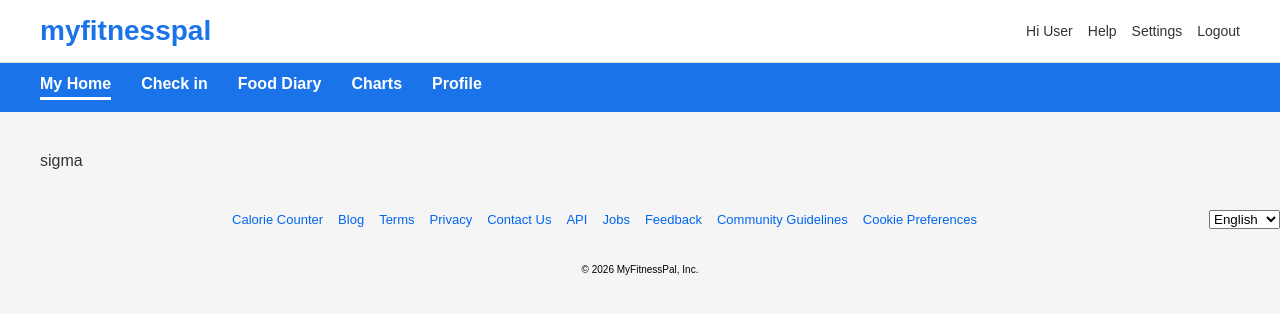
Repository: kem85/Web-Project
Page: index.html
An editor plug-in stored every save of this project. The page is shown before and after a run of saves, followed by the edit.
The browser window is 1280 px wide. The pictures show the whole page.

Above is the page before, as saved 2026-03-11 14:53:17.

After the next 2 saves:
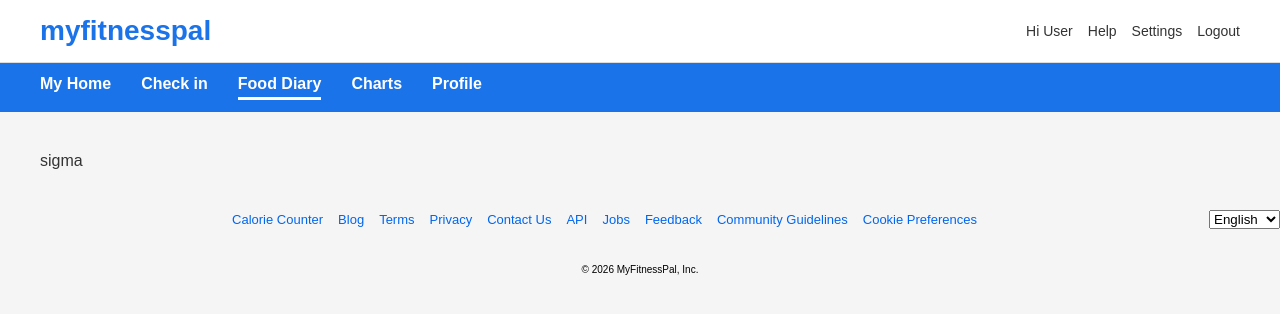
The 2 saves are shown as one change because they came seconds apart.
The last was saved 47 s later.
--- a/index.html
+++ b/index.html
@@ -28,9 +28,9 @@
 
     <nav class="navbar">
       <ul>
-        <li class="active"><a href="index.html">My Home</a></li>
+        <li><a href="index.html">My Home</a></li>
         <li><a href="Check-In.html">Check in</a></li>
-        <li>Food Diary</li>
+        <li class="active">Food Diary</li>
         <li>Charts</li>
         <li>Profile</li>
       </ul>
